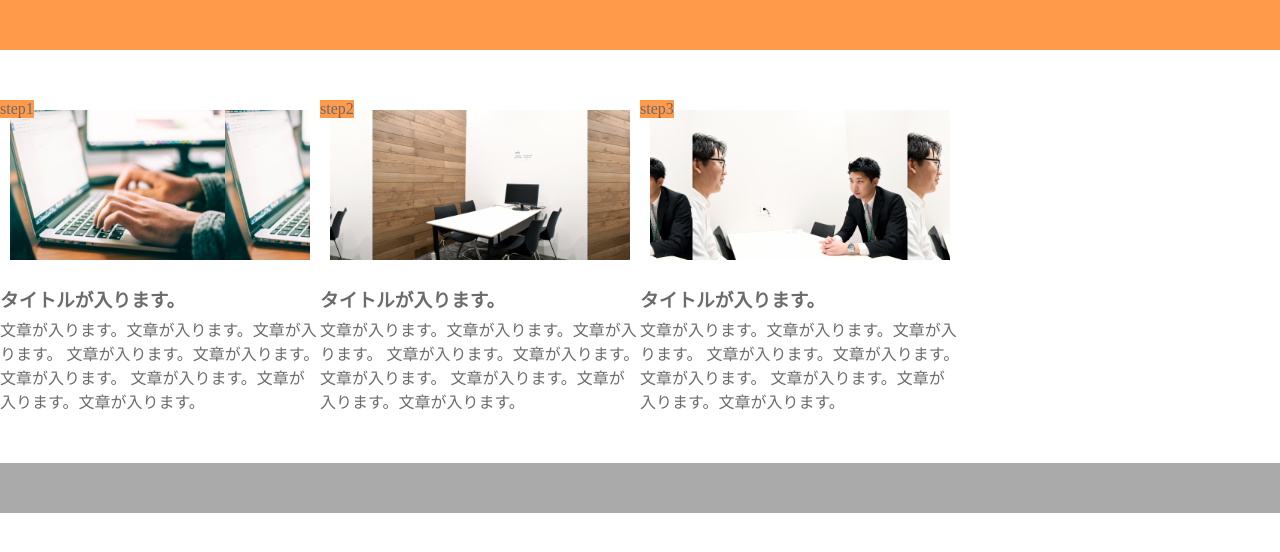
Repository: momopomi/htmlcss
Page: exercise/1-9-2.html
The author's editor kept a record of every edit. The page is drawn from the files as they stood at one moment, then again after the next edit.
The browser window is 1280 px wide. The pictures show the whole page.
Some web libraries are served in a nearby version.

Above is the page before.

After the next edit:
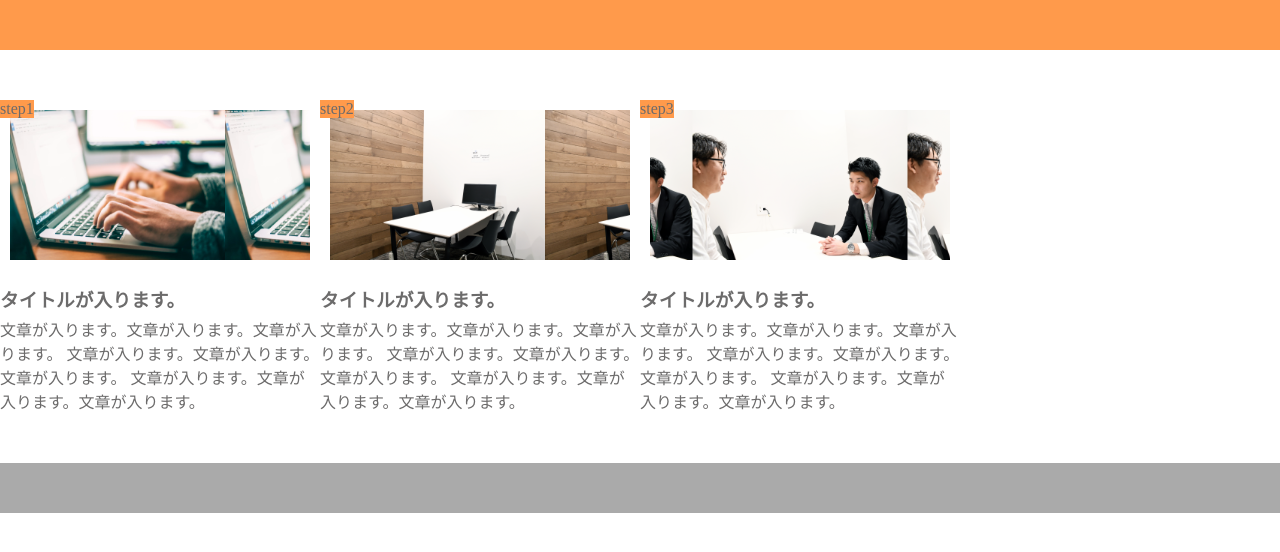
The edit:
--- a/exercise/1-9-2.css
+++ b/exercise/1-9-2.css
@@ -43,7 +43,6 @@
 .background2{
   margin:10px;
   background-image: url(img/flow02.png);
-  background-position:center bottom;
   background-size: contain;
   height: 150px;
 }
